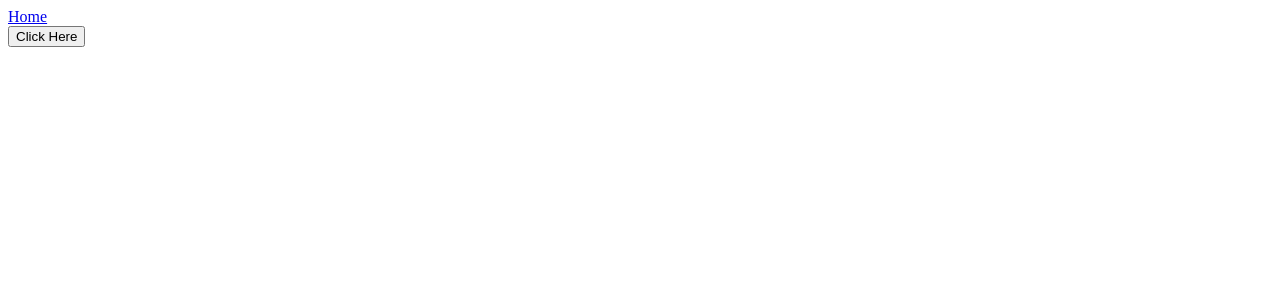
Repository: anoncoderin/dcd-week3-useEffect-carousel
Page: /useEffectThree
These files come from the project's save history. The page is drawn as it stood at one moment and after a run of saves; the edit follows.
The browser window is 1280 px wide. The pictures show the whole page.
The project was rebuilt for these pictures with package versions that can differ from the ones it lists, and the page was loaded fresh each time. The framework's server and built-in components were replaced by stand-ins that run in the browser. Also part of the build but not shown: next.config.js.

Above is the page before, as saved 2023-02-20 10:23:35.

After the next 3 saves:
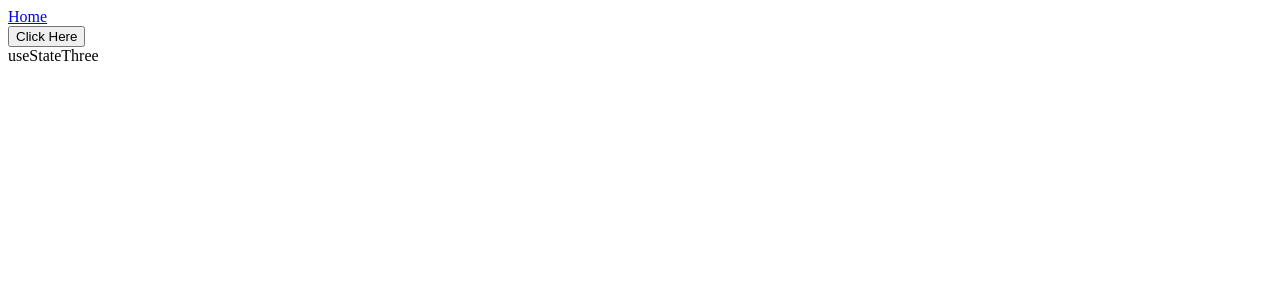
The 3 saves are shown as one change because they came seconds apart.
The last was saved 8 s later.
--- a/pages/useEffectThree.js
+++ b/pages/useEffectThree.js
@@ -8,7 +8,7 @@ export default function useEffectThree(){
             <button>Click Here</button>
         </div>
         <div>
-
+            useStateThree
         </div>
         </>
     )
